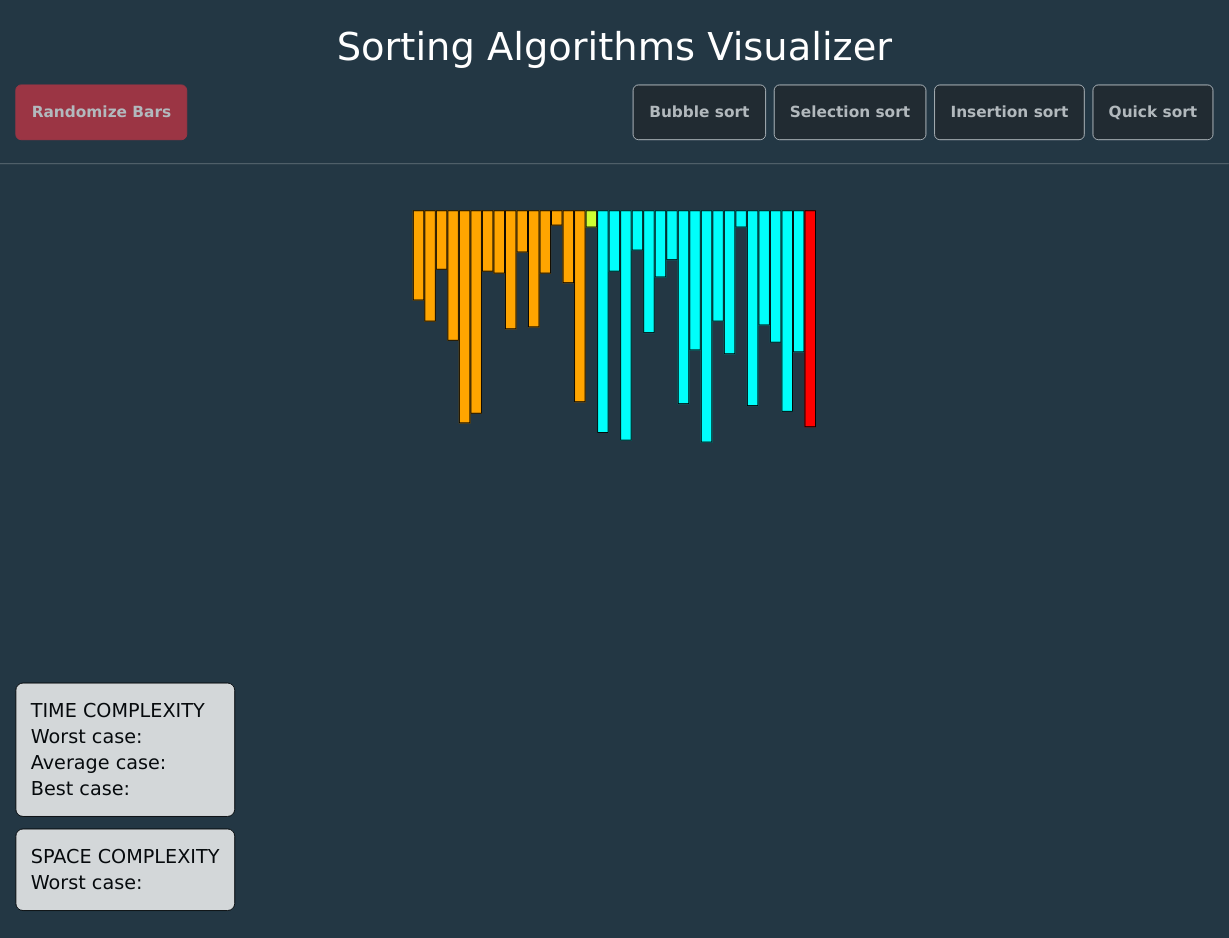
Repository: Vasil1001/Sorting-Algorithms-Visualizer-js
Page: views/index.html
The author's editor kept a copy of each file at every save. The page is drawn from the files as they stood at one save, then again after the next save.
The browser window is 1280 px wide. The pictures show the whole page, at 96% of full size.
After loading, the first visible `#quick_sort` was clicked once.

Above is the page before, as saved 2022-11-04 01:44:25.

After the next save:
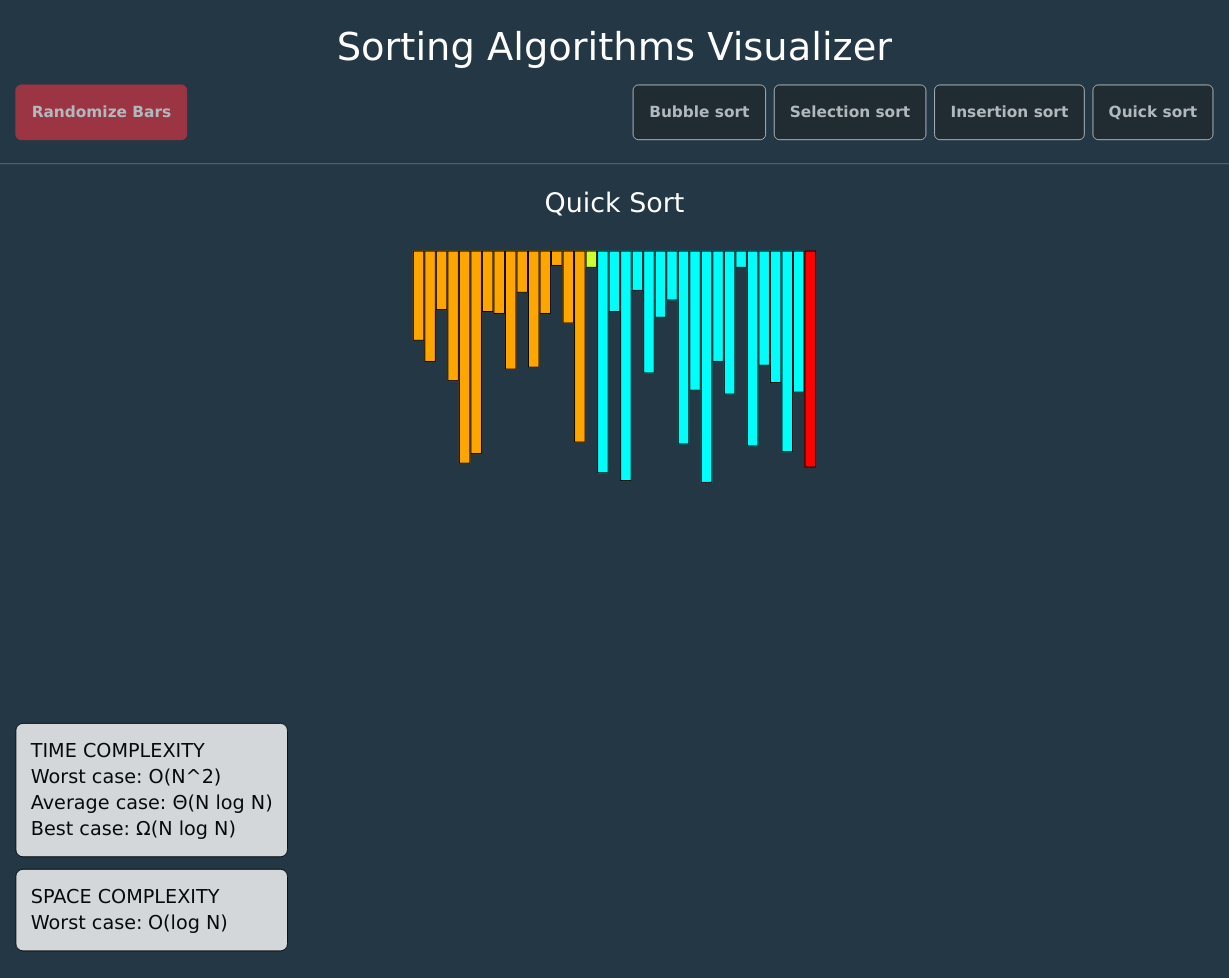
Saved 6 s later.
--- a/sort_algos_js_files/quicksort.js
+++ b/sort_algos_js_files/quicksort.js
@@ -41,6 +41,18 @@ async function partition(barsArray, low, high) {
 }
 
 async function quickSort(barsArray, low, high) {
+    // Algo name
+    document.getElementById("algorithm_running").innerText = "Quick Sort";
+
+    //Setting Time complexities
+    document.getElementById("worst_time").innerText = "O(N^2)";
+    document.getElementById("average_time").innerText = "Θ(N log N)";
+    document.getElementById("best_time").innerText = "Ω(N log N)";
+
+    //Setting Space complexity
+    document.getElementById("space_complexity").innerText = "O(log N)";
+
+
     if (low < high) {
         let pivot_index = await partition(barsArray, low, high);
         await quickSort(barsArray, low, pivot_index - 1);
